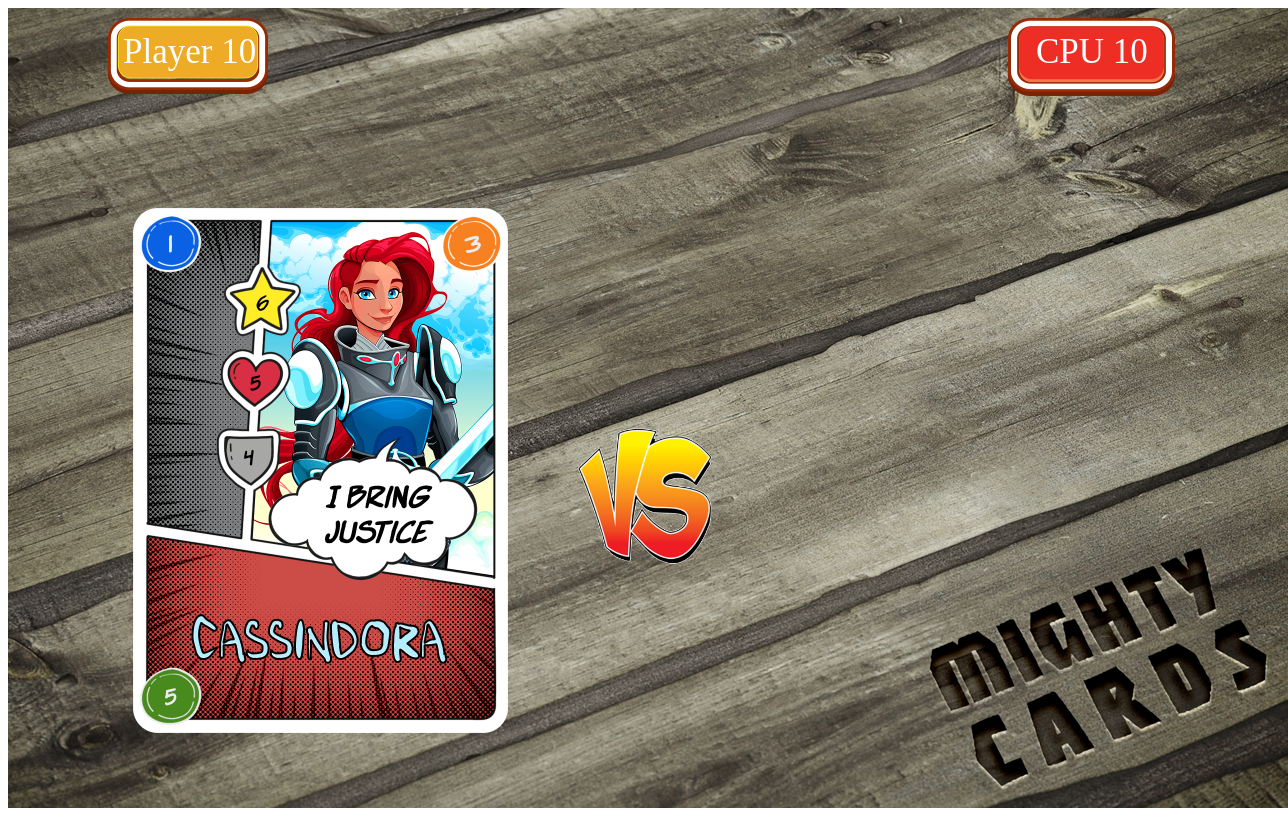
Repository: getvoiceagency/html5
Page: index.html
The author's editor kept a record of every edit. The page is drawn from the files as they stood at one moment, then again after the next edit.
The browser window is 1280 px wide. The page is 1288 px wide, so the pictures cover 1288 px, including what lies to the right of the window. The pictures show the whole page.
Some web libraries are served in a nearby version.

Above is the page before.

After the next edit:
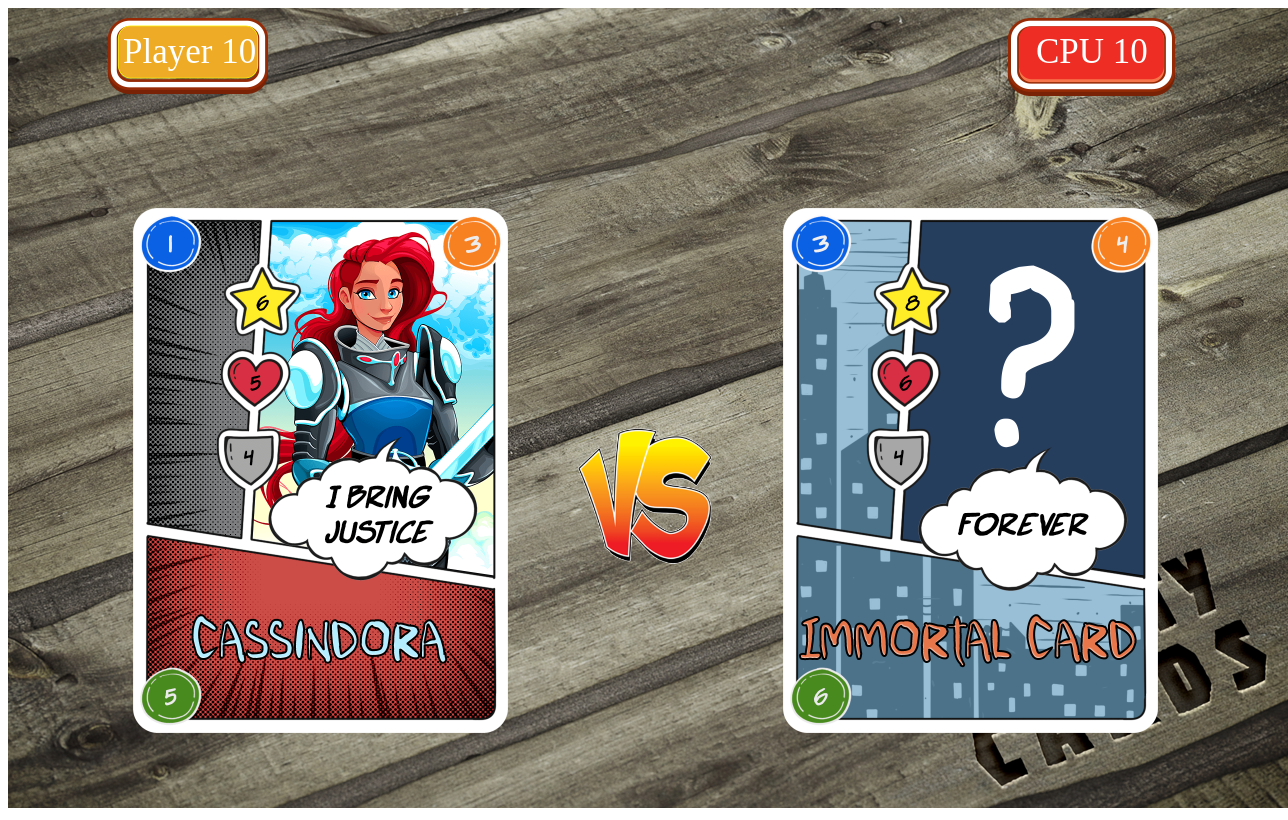
The edit:
--- a/index.html
+++ b/index.html
@@ -186,7 +186,7 @@
     .to(card1, 2, { pixi: { x: 125, y: 200, scale: 0.5, opacity: 0,}, ease: Sine.easeInOut }, 0.1)
 
 var t2 = new TimelineMax({ repeat: 0, repeatDelay: 0.5, yoyo: true })
-    .to(card2, 1, { pixi: { x: 125, y: 225, }, ease: Sine.easeInOut }, 0.1)
+    .to(card2, 1, { pixi: { x: 125, y: 225, alpha: 1, }, ease: Sine.easeInOut }, 0.1)
     .to(card2, 2, { pixi: { x: 775, y: 200, scale: 0.5 }, ease: Sine.easeInOut }, 0.1)
 
 var t3 = new TimelineMax({ repeat: 0, repeatdelay: 5.5, yoyo: true })
